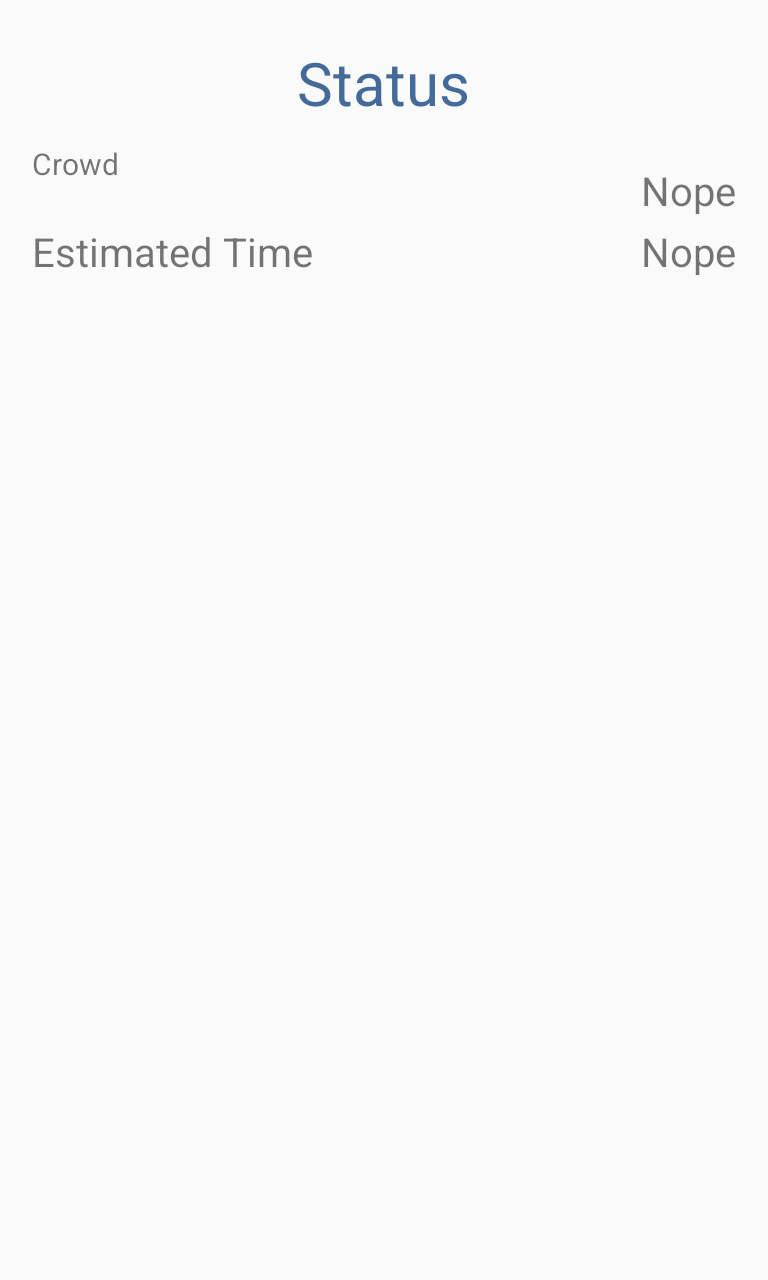
Repository: ag-chirag/brainwaves_enigma
Layout: mobile/Brainwaves/QLess/res/layout/activity_status.xml
These files come from the project's save history. The layout is drawn as it stood at one moment and after the next save; the edit follows.
It is drawn on a 768 x 1280 px phone screen (xhdpi) without system bars, with theme AppTheme; the app's code is not run.

Above is the layout before, as saved 2014-11-08 18:02:29.

### mobile/Brainwaves/QLess/res/layout/activity_status.xml
<RelativeLayout xmlns:android="http://schemas.android.com/apk/res/android"
    xmlns:tools="http://schemas.android.com/tools"
    android:layout_width="match_parent"
    android:layout_height="match_parent"
    android:paddingBottom="@dimen/activity_vertical_margin"
    android:paddingLeft="@dimen/activity_horizontal_margin"
    android:paddingRight="@dimen/activity_horizontal_margin"
    android:paddingTop="@dimen/activity_vertical_margin"
    tools:context="com.example.qless.StatusActivity" >

    <TextView
       	android:layout_width="wrap_content"
       	android:layout_height="wrap_content"
       	android:id="@+id/textview1"
       	android:text="@string/status"
       	android:layout_marginTop="5dp"
       	android:layout_centerHorizontal="true"
       	android:textColor="@color/blue"
        android:textSize="30sp"
        />

    <TextView
       	android:layout_width="wrap_content"
       	android:layout_height="wrap_content"
       	android:id="@+id/textview2"
       	android:text="@string/crowd"
       	android:layout_below="@+id/textview1"
       	android:layout_marginTop="10dp"
       	android:gravity="left"
        android:textSize="15sp"
        />

    <TextView
        android:layout_width="wrap_content"
        android:layout_height="wrap_content"
        android:id="@+id/customer_number"
        android:text="Nope"
        android:layout_below="@+id/textview1"
        android:layout_alignParentRight="true"
        android:layout_marginTop="20dp"
        android:gravity="right"
        android:textSize="20sp"
        />

    <TextView
       	android:layout_width="wrap_content"
       	android:layout_height="wrap_content"
       	android:id="@+id/textview3"
       	android:text="Estimated Time"
       	android:layout_below="@+id/textview2"
       	android:layout_marginTop="20dp"
       	android:gravity="left"
        android:textSize="20sp"
        />

    <TextView
        android:layout_width="wrap_content"
        android:layout_height="wrap_content"
        android:id="@+id/time_left"
        android:text="Nope"
        android:layout_below="@+id/textview2"
        android:layout_alignParentRight="true"
        android:layout_marginTop="20dp"
        android:gravity="right"
        android:textSize="20sp"
        />

</RelativeLayout>

### mobile/Brainwaves/QLess/res/values/string.xml
<?xml version="1.0" encoding="utf-8"?>
<resources>
    <string name="live_score_url"></string>
    <string name="get_match_leaderboard_url">c</string>
	<string name="app_name">QLess</string>
    <string name="todo">TODO</string>
    <string name="email_hint">Email</string>
    <string name="pwd_hint">Password</string>
    <string name="btn_name">Login</string>
    <string name="signup">Signup</string>
    <string name="accnt">Login</string>
    <string name="name">Name</string>
    <string name="signup_heading">LogIn!</string>
    <string name="notification">Push Notifications</string>
    <string name="choose_bank">Choose a Bank</string>
    <string name="status">Status</string>
    <string name="crowd">Crowd</string>
</resources>

### mobile/Brainwaves/QLess/res/values/color.xml
<?xml version="1.0" encoding="utf-8"?>
<resources>

    <color name="blue">#446a99</color>
    <color name="red">#FF0000</color>
    <color name="black">#000000</color>
    <color name="green">#138808</color>
    <color name="bar">#ff0000</color>
    <color name="white">#fff</color>
    <color name="gray">#eeeeee</color>
    <color name="grey">	#CECECE</color>
    <color name="splash_bg">#eb5115</color>
        <color name="disable">#ccc</color>

    <color name="light_gray">#eeeeee</color>
    <color name="dark_gray">#424244</color>
    <color name="sirius_black">#000000</color>
    <color name="app_color">#ff8033</color>
    <color name="dashboard_bar">#ff8033</color>
    <color name="fixture_title">#000000</color>
    <color name="fixture_teams">#000</color>
    <color name="fixture_status">#000</color>
    <color name="score">#000</color>
    <color name="bar_sel">#ffa233</color>
    <color name="transparent_100">#FF000000</color>
    <color name="transparent_95">#F2000000</color>
    <color name="transparent_90">#E6000000</color>
    <color name="transparent_85">#D9000000</color>
    <color name="transparent_80">#CC000000</color>
    <color name="transparent_75">#BF000000</color>
    <color name="transparent_70">#B3000000</color>
    <color name="transparent_65">#A6000000</color>
    <color name="transparent_60">#99000000</color>
    <color name="transparent_55">#8C000000</color>
    <color name="transparent_50">#80000000</color>
    <color name="transparent_45">#73000000</color>
    <color name="transparent_40">#66000000</color>
    <color name="transparent_35">#59000000</color>
    <color name="transparent_30">#4D000000</color>
    <color name="transparent_25">#40000000</color>
    <color name="transparent_20">#33000000</color>
    <color name="transparent_15">#26000000</color>
    <color name="transparent_10">#1A000000</color>
    <color name="transparent_">#0D000000</color>
    <color name="transparent_0">#00000000</color>
    <color name="dashboard_bg">#eeeeee</color>
    <color name="circle_dashbord_count">#333333</color>
    <color name="live">#cc1111</color>
    <color name="no_matches_sel">#424244</color>
    <color name="no_matches_def">#333333</color>
    <color name="no_matches">#999999</color>
    <color name="bar_header">#2f74a7</color>
    <color name="chart_won">#2f74a7</color>
    <color name="chart_lost">#cc1111</color>
    <color name="chart_tie">#e04a3b</color>
    <color name="achievement">#3d96d8</color>
    <color name="player_name_solo">#ed5114</color>
    <color name="hrr">#333333</color>
    <color name="h_h_header">#666666</color>
    <color name="h_h_text">#333333</color>
    <color name="app_green">#779f38</color>
        <color name="transparent_50_app_color">#80ff8033</color>

</resources>

Loaded but not shown: mobile/Brainwaves/QLess/res/values/styles.xml (common file); mobile/Brainwaves/QLess/res/values-v11/styles.xml (common file); mobile/Brainwaves/QLess/res/values-v14/styles.xml (common file); mobile/Brainwaves/QLess/res/values/dimens.xml (common file); mobile/Brainwaves/QLess/res/values-w820dp/dimens.xml (common file)

After the next save:
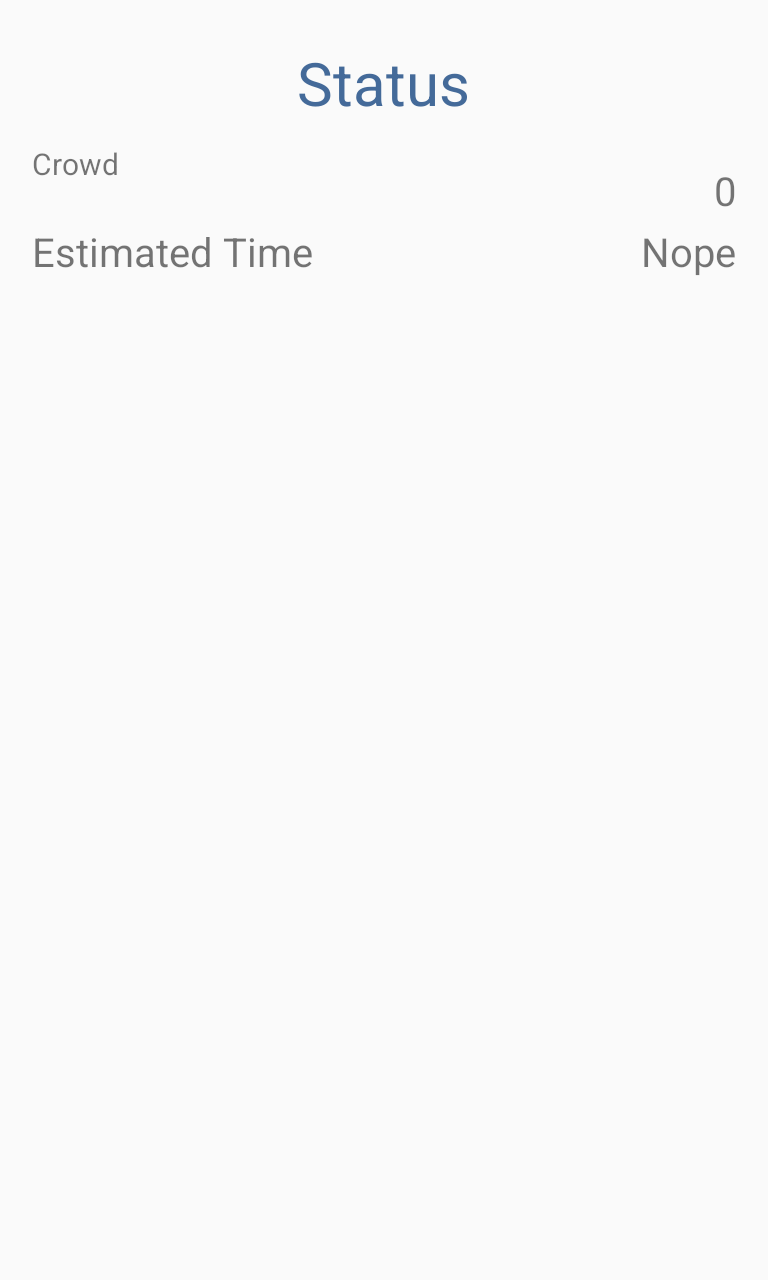
Saved 20 s later.
--- a/mobile/Brainwaves/QLess/res/layout/activity_status.xml
+++ b/mobile/Brainwaves/QLess/res/layout/activity_status.xml
@@ -34,7 +34,7 @@
         android:layout_width="wrap_content"
         android:layout_height="wrap_content"
         android:id="@+id/customer_number"
-        android:text="Nope"
+        android:text="0"
         android:layout_below="@+id/textview1"
         android:layout_alignParentRight="true"
         android:layout_marginTop="20dp"
